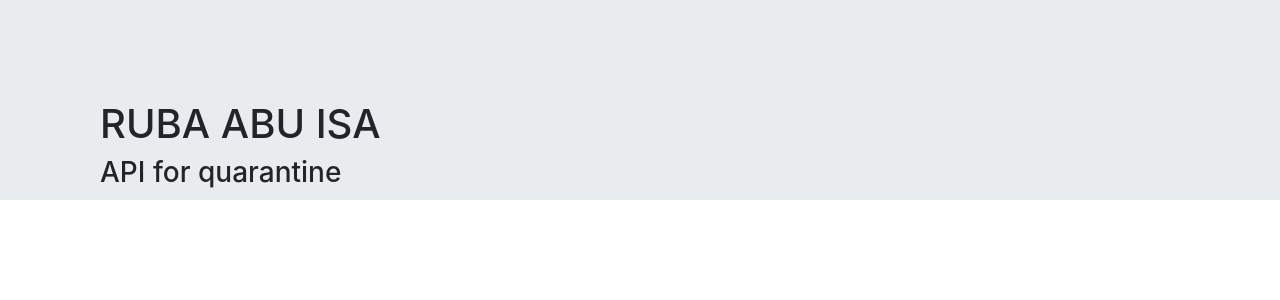
Repository: rubaabu/Fullstack-bitberry
Page: server/index.html
An editor plug-in stored every save of this project. The page is shown before and after the next save, followed by the edit.
The browser window is 1280 px wide. The pictures show the whole page.

Above is the page before, as saved 2020-04-02 15:47:02.

### server/index.html
<!DOCTYPE html>
<html lang="en">
<head>
    <meta charset="UTF-8">
    <meta name="viewport" content="width=device-width, initial-scale=1.0">
    <title>Ruba</title>

    <link rel="stylesheet" type="text/css" href="style.css">
    <link rel="stylesheet" href="https://stackpath.bootstrapcdn.com/bootstrap/4.4.1/css/bootstrap.min.css" integrity="sha384-Vkoo8x4CGsO3+Hhxv8T/Q5PaXtkKtu6ug5TOeNV6gBiFeWPGFN9MuhOf23Q9Ifjh" crossorigin="anonymous">
</head>
<body>
    <header>
        <div class="header">
            <h1>RUBA ABU ISA</h1>
            <h3>API for quarantine</h3>
        </div>
    </header>
</body>
</html>

### server/style.css
header {
    background-color: #E9ECEF;
    height: 200px;
    padding-left: 100px;
    padding-top: 100px;
}

After the next save:
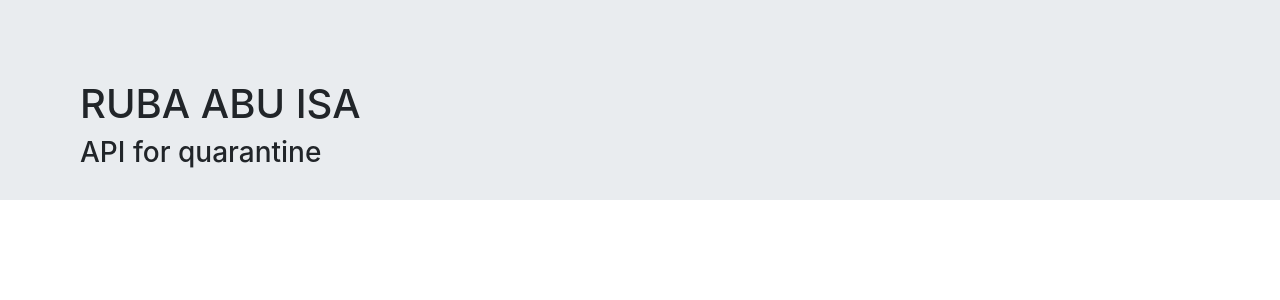
Saved 12 s later.
--- a/server/style.css
+++ b/server/style.css
@@ -1,6 +1,6 @@
 header {
     background-color: #E9ECEF;
     height: 200px;
-    padding-left: 100px;
-    padding-top: 100px;
+    padding-left: 80px;
+    padding-top: 80px;
 }
